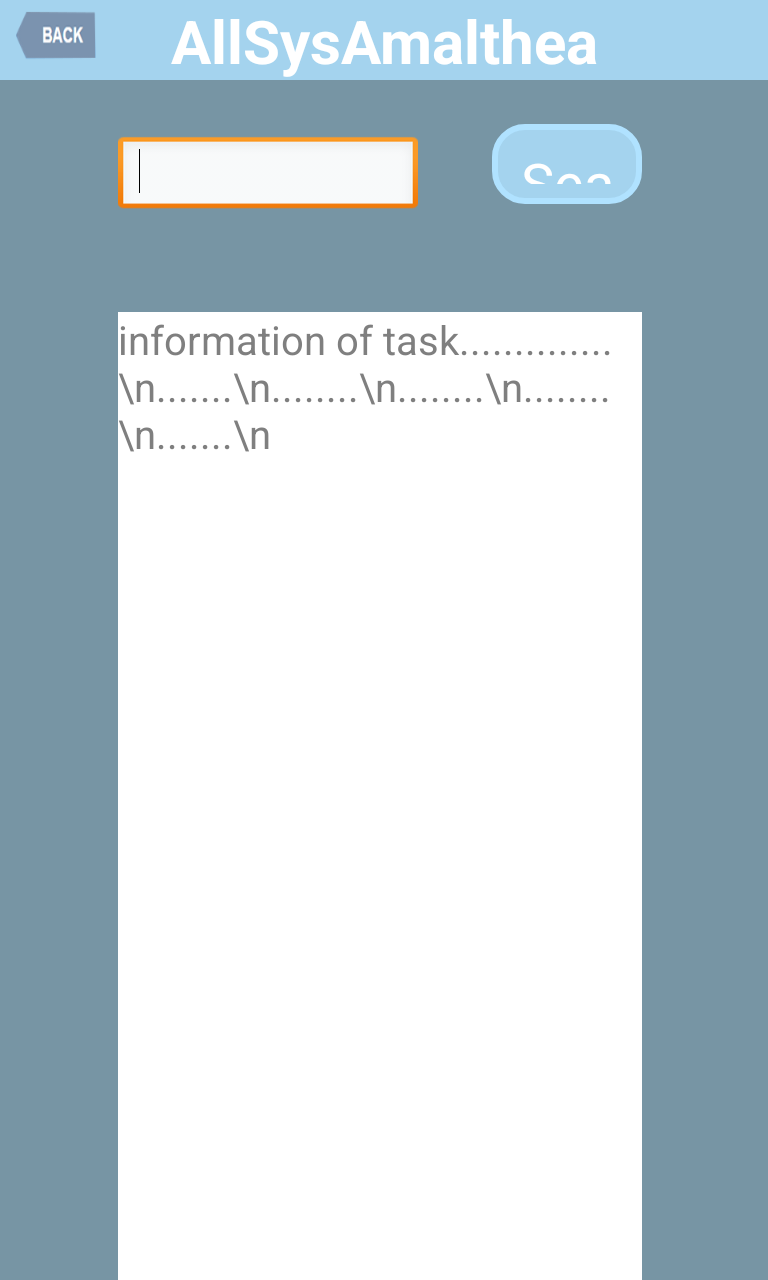
Repository: AllSysAmalthea/AllSys
Layout: APP/AppUI code/代码/Allsys/res/layout/activity_search.xml
The author's editor kept a copy of each file at every save. The layout is drawn from the files as they stood at one save, then again after the next save.
It is drawn on a 768 x 1280 px phone screen (xhdpi) without system bars, with theme android:Theme.NoTitleBar; the app's code is not run.

Above is the layout before, as saved 2015-06-08 02:46:38.

After the next save:
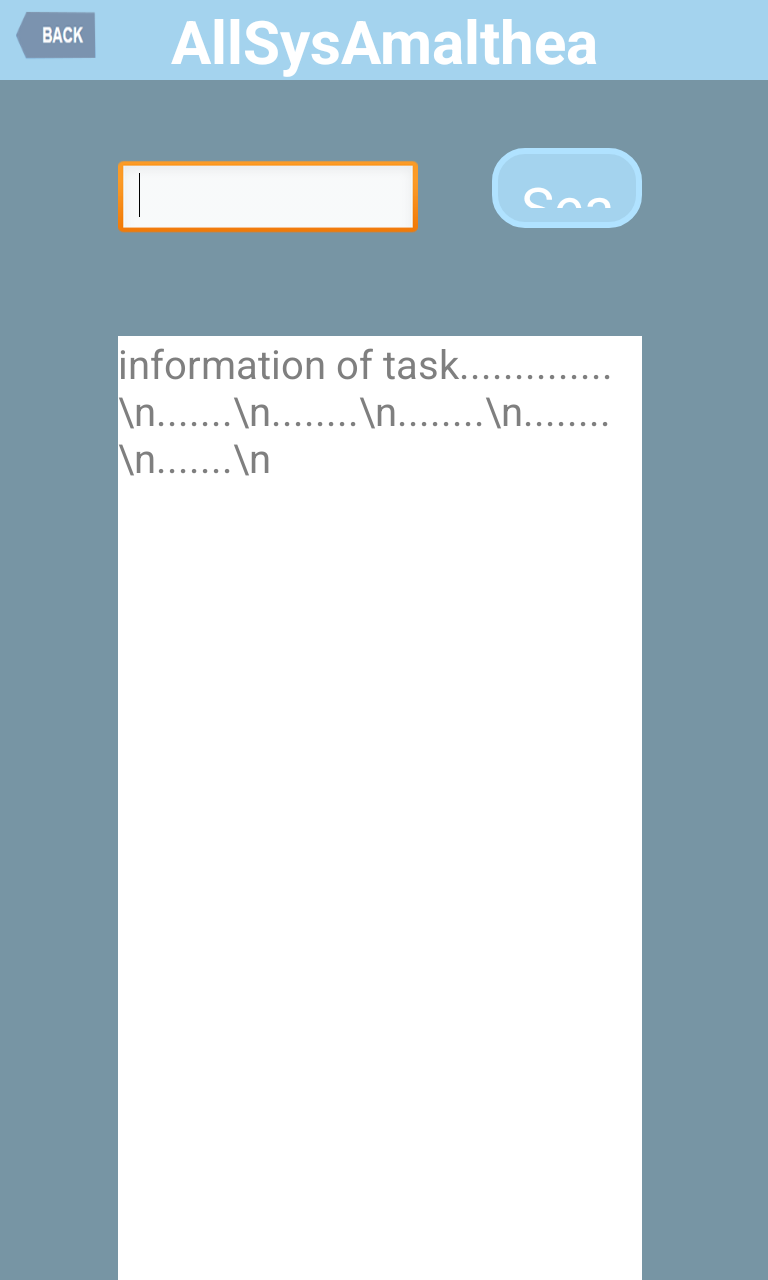
Saved 21 s later.
--- a/APP/AppUI code/代码/Allsys/res/layout/activity_search.xml
+++ b/APP/AppUI code/代码/Allsys/res/layout/activity_search.xml
@@ -67,7 +67,7 @@
         android:layout_alignParentLeft="true"
         android:layout_below="@+id/linearLayout1"
         android:layout_marginLeft="59dp"
-        android:layout_marginTop="28dp"
+        android:layout_marginTop="40dp"
         android:ems="10"
         android:textSize="26sp" >
 
